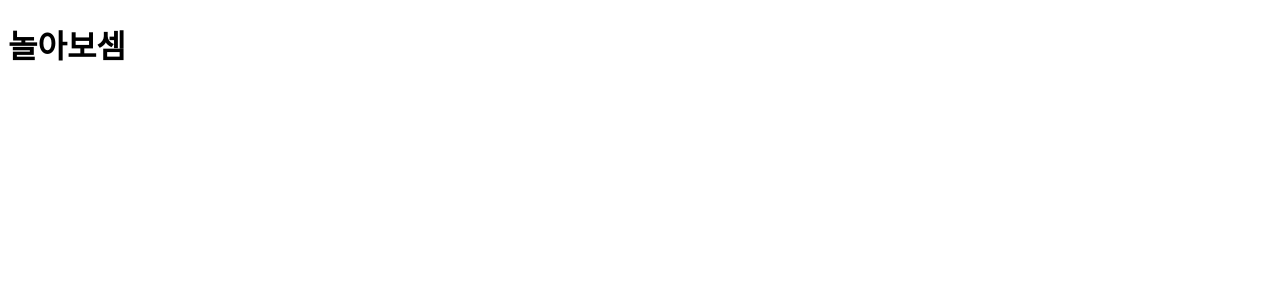
Repository: cd-yumu/acorn202501_web
Page: Hello/src/main/webapp/sub/play.html
These files come from the project's save history. The page is drawn as it stood at one moment and after the next save; the edit follows.
The browser window is 1280 px wide. The pictures show the whole page.

Above is the page before, as saved 2025-01-02 08:00:37.

After the next save:
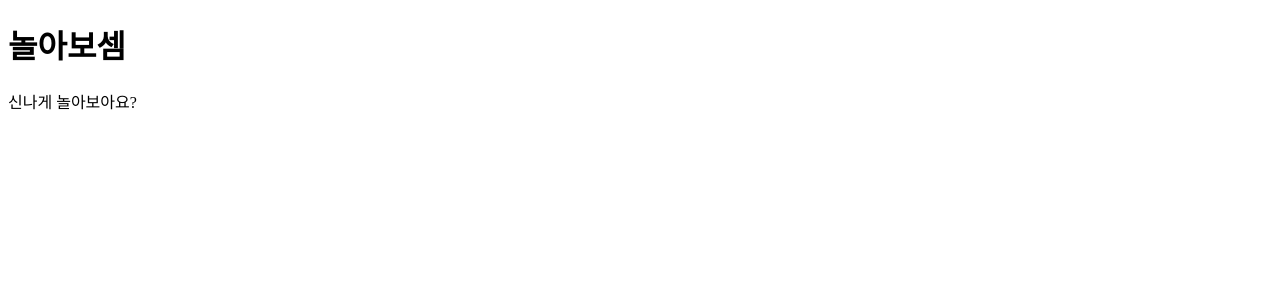
Saved 2 min 44 s later.
--- a/Hello/src/main/webapp/sub/play.html
+++ b/Hello/src/main/webapp/sub/play.html
@@ -6,5 +6,6 @@
 </head>
 <body>
 	<h1>놀아보셈</h1>
+	<p>신나게 놀아보아요?</p>
 </body>
 </html>
